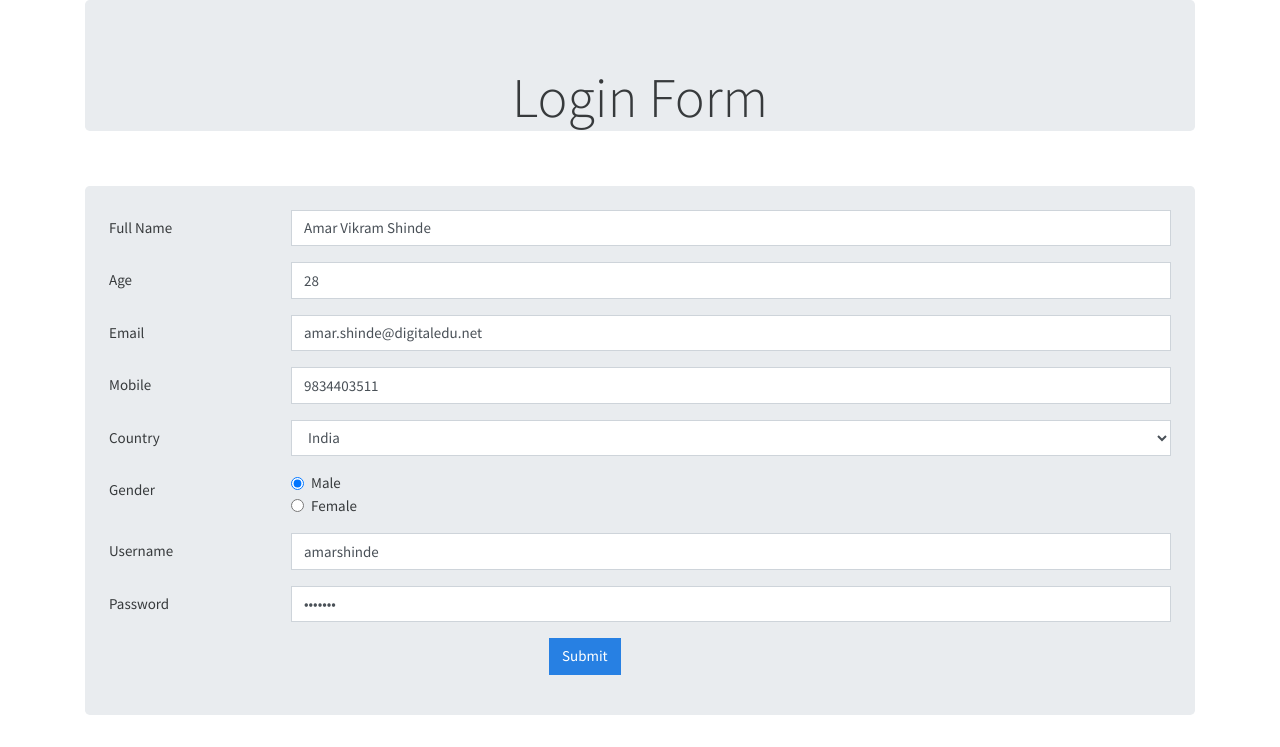
Repository: amar468S/Ng-templateDrivenForm
Page: /
An editor plug-in stored every save of this project. The page is shown before and after the next save, followed by the edit.
The browser window is 1280 px wide. The pictures show the whole page.
Some web libraries are served in a nearby version. The project was rebuilt for these pictures with package versions that can differ from the ones it lists, and the page was loaded fresh each time. Also part of the build but not shown: angular.json.

Above is the page before, as saved 2019-02-03 22:21:47.

### src/index.html
<!doctype html>
<html lang="en">
<head>
  <meta charset="utf-8">
  <title>NgTemplateForms</title>
  <base href="/">

  <meta name="viewport" content="width=device-width, initial-scale=1">
  <link rel="icon" type="image/x-icon" href="favicon.ico">
  <!-- CSS -->
  <link rel="stylesheet" href="https://stackpath.bootstrapcdn.com/bootstrap/4.2.1/css/bootstrap.min.css" integrity="sha384-GJzZqFGwb1QTTN6wy59ffF1BuGJpLSa9DkKMp0DgiMDm4iYMj70gZWKYbI706tWS" crossorigin="anonymous">
  <link rel="stylesheet" href="https://bootswatch.com/4/cosmo/bootstrap.min.css">
  <!-- JS -->
  <script src="https://code.jquery.com/jquery-3.3.1.slim.min.js" integrity="sha384-q8i/X+965DzO0rT7abK41JStQIAqVgRVzpbzo5smXKp4YfRvH+8abtTE1Pi6jizo" crossorigin="anonymous"></script>
  <script src="https://cdnjs.cloudflare.com/ajax/libs/popper.js/1.14.6/umd/popper.min.js" integrity="sha384-wHAiFfRlMFy6i5SRaxvfOCifBUQy1xHdJ/yoi7FRNXMRBu5WHdZYu1hA6ZOblgut" crossorigin="anonymous"></script>
  <script src="https://stackpath.bootstrapcdn.com/bootstrap/4.2.1/js/bootstrap.min.js" integrity="sha384-B0UglyR+jN6CkvvICOB2joaf5I4l3gm9GU6Hc1og6Ls7i6U/mkkaduKaBhlAXv9k" crossorigin="anonymous"></script>

</head>
<body>
  <app-root></app-root>
</body>
</html>

### src/app/app.component.ts
import { Component } from '@angular/core';
import { UserForm } from './UserForm';

@Component({
  selector: 'app-root',
  templateUrl: './app.component.html',
  styleUrls: ['./app.component.css']
})
export class AppComponent {

    userForm:UserForm

    constructor(){
      this.userForm = new UserForm();
    }

    login(userForm) {
      console.log(userForm.form.value);
      this.userForm = new UserForm();
    }
}

### src/app/app.component.html
<div class="container">
    <div class="jumbotron pb-0">
      <p class="display-4 text-center mb-0">Login Form</p>
    </div>
    <br>
  <div class="jumbotron p-4">
  <form #usrForm="ngForm" (ngSubmit)="login(usrForm)">
      <div class="form-group row">
          <label class="col-sm-2 col-form-label">Full Name</label>
          <div class="col-sm-10">
            <input type="text" class="form-control" [ngClass]="(fullName.dirty && fullName.invalid) ? 'is-invalid':''" placeholder="Enter Full Name"
            name="fullname" [(ngModel)]="userForm.fullName" #fullName="ngModel" required>
            <small class="invalid-feedback">This field can't be empty</small>
          </div>
      </div>
      <div class="form-group row">
          <label class="col-sm-2 col-form-label">Age</label>
          <div class="col-sm-10">
            <input type="number" class="form-control" [ngClass]="age.dirty && age.invalid ? 'is-invalid':''" placeholder="Enter Age"
            name="age" [(ngModel)]="userForm.age" #age="ngModel" required>
            <small class="invalid-feedback">This field can't be empty</small>
          </div>
      </div>
       <div class="form-group row">
          <label class="col-sm-2 col-form-label">Email</label>
          <div class="col-sm-10">
            <input type="email" class="form-control" [ngClass]="email.dirty && email.invalid ? 'is-invalid':''" placeholder="Enter Email"
            name="email" [(ngModel)]="userForm.email" #email="ngModel" required>
            <small class="invalid-feedback" *ngIf="email.dirty && email.invalid">This field can't be empty</small>
          </div>
      </div>
      <div class="form-group row">
          <label class="col-sm-2 col-form-label">Mobile</label>
          <div class="col-sm-10">
            <input type="text" class="form-control" [ngClass]="mobile.dirty && mobile.invalid ? 'is-invalid':''" placeholder="Enter Mobile"
            name="mobile" [(ngModel)]="userForm.mobile" #mobile="ngModel" required minlength="10">
            <div *ngIf="mobile.dirty && mobile.invalid">
              <small class="invalid-feedback" *ngIf="mobile.errors.required">This field can't be empty</small>
              <small class="invalid-feedback" *ngIf="mobile.errors.minlength">This field must contain minimum 10 characters</small>
            </div>
          </div>
      </div>
      <div class="form-group row">
          <label class="col-sm-2 col-form-label">Country</label>
          <div class="col-sm-10">
            <select class="form-control" name="country" [ngClass]="country.dirty && country.invalid ? 'is-invalid':''"
              [(ngModel)]="userForm.country" #country="ngModel" required>
              <option value="">Select Country</option>
              <option value="India">India</option>
              <option value="Sri Lanka">Sri Lanka</option>
              <option value="Bangladesh">Bangladesh</option>
              <option value="Nepal">Nepal</option>
            </select>
            <small class="invalid-feedback">Please select country</small>
          </div>
      </div>
      <div class="form-group row">
          <label class="col-sm-2 col-form-label">Gender</label>
          <div class="col-sm-10">
            <div class="form-check">
              <input class="form-check-input" type="radio"
                name="gender" value="Male" [checked]="(userForm.gender=='Male')?'checked':''">
              <label class="form-check-label">Male</label>
            </div>
            <div class="form-check">
                <input class="form-check-input" type="radio" name="gender" value="Female" [checked]="(userForm.gender=='Female')?'checked':''">
                <label class="form-check-label">Female</label>
            </div>
          </div>
      </div>
      <div class="form-group row">
          <label class="col-sm-2 col-form-label">Username</label>
          <div class="col-sm-10">
            <input type="text" class="form-control" [ngClass]="username.dirty && username.invalid ? 'is-invalid':''" placeholder="Enter Username"
            name="username" [(ngModel)]="userForm.username" #username="ngModel" required>
            <small class="invalid-feedback">This field can't be empty</small>
          </div>
      </div>
      <div class="form-group row">
          <label class="col-sm-2 col-form-label">Password</label>
          <div class="col-sm-10">
            <input type="password" class="form-control" [ngClass]="password.dirty && password.invalid ? 'is-invalid':''" placeholder="Enter Password"
            name="password" [(ngModel)]="userForm.password" #password="ngModel">
            <small class="invalid-feedback">This field can't be empty</small>
          </div>
      </div>
      <div class="form-group row">
          <label class="col-sm-5 col-form-label"></label>
          <div>
            <input type="submit" class="btn btn-primary" [disabled]="usrForm.form.invalid">
          </div>
      </div>
  </form>
  </div>

</div>

### src/app/UserForm.ts
export class UserForm {
    fullName:string;
    age:string;
    email:string;
    mobile:string;
    country:string;
    gender:string;
    username:string;
    password:string;


    constructor(){
        this.fullName = 'Amar Vikram Shinde';
        this.age = '28';
        this.country = 'India';
        this.email = 'amar.shinde@digitaledu.net';
        this.mobile = '9834403511';
        this.username = 'amarshinde';
        this.password = 'amar123';
        this.gender = 'Male';
    }
}

Loaded but not shown: src/styles.css (common file); src/main.ts (common file); src/app/app.module.ts (common file); src/environments/environment.ts (common file); src/app/app.component.css (no stored copy; drawn as an empty file)

After the next save:
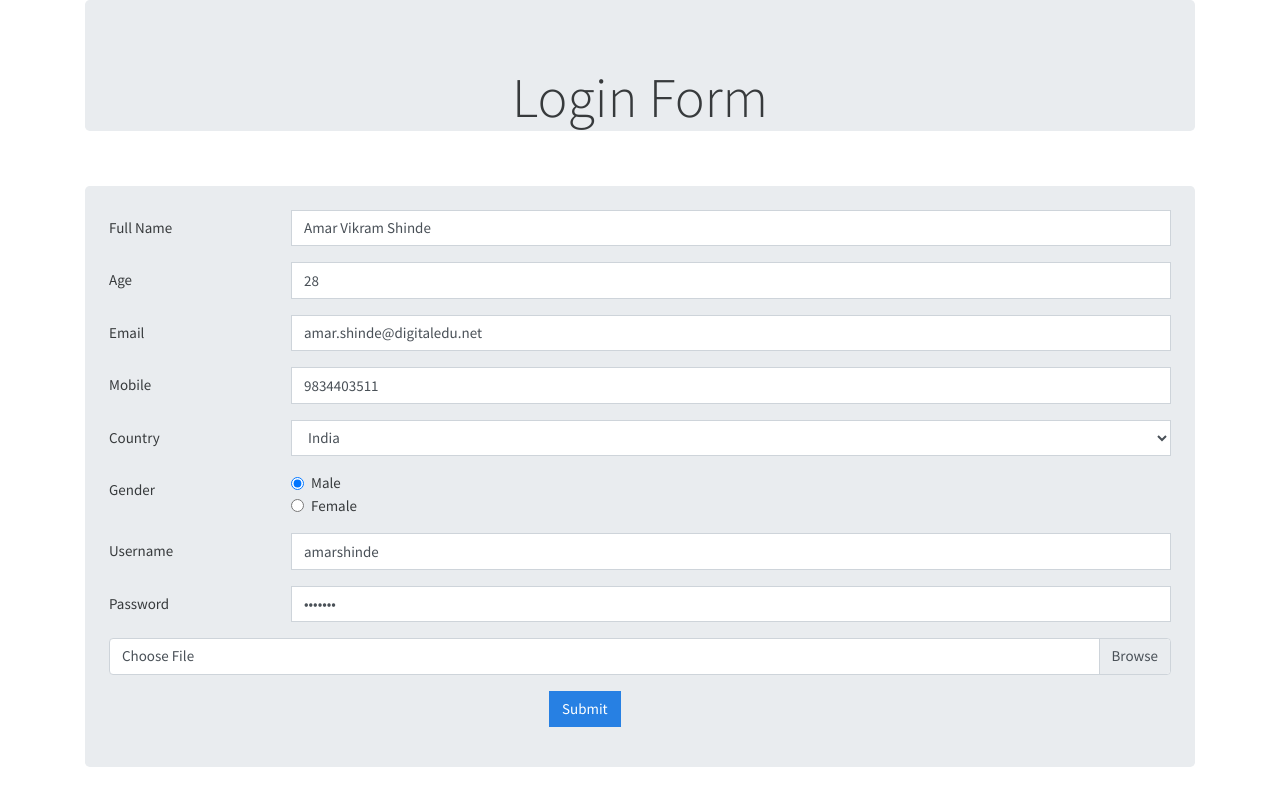
Saved 5 min 27 s later.
--- a/src/app/app.component.html
+++ b/src/app/app.component.html
@@ -84,6 +84,14 @@
             <small class="invalid-feedback">This field can't be empty</small>
           </div>
       </div>
+      <div class="form-group">
+        <div class="input-group">
+          <div class="custom-file">
+            <input type="file" class="custom-file-input">
+            <label class="custom-file-label">Choose File</label>
+          </div>
+        </div>
+      </div>
       <div class="form-group row">
           <label class="col-sm-5 col-form-label"></label>
           <div>
